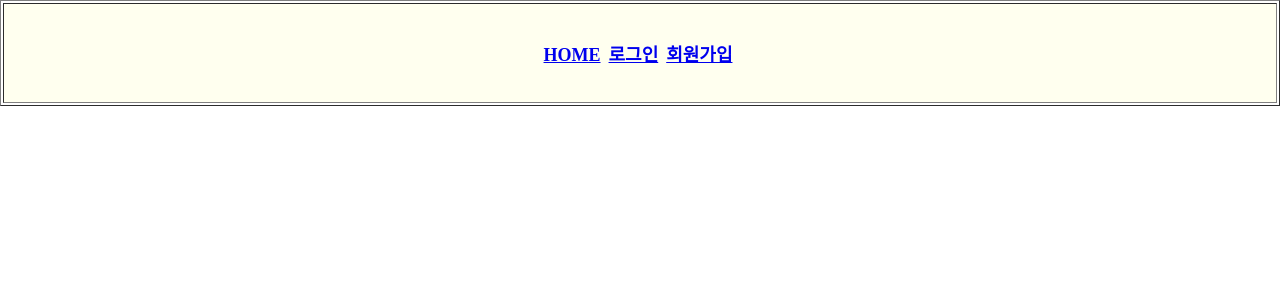
Repository: CHANGMAN-LEE/Java_ee
Page: workspace/test/WebContent/test/index.html
An editor plug-in stored every save of this project. The page is shown before and after the next save, followed by the edit.
The browser window is 1280 px wide. The pictures show the whole page.

Above is the page before, as saved 2020-07-09 05:48:43.

### workspace/test/WebContent/test/index.html
<!DOCTYPE html>
<html>
<head>
<meta charset="EUC-KR">
<title>Insert title here</title>
</head>
<body marginheight="0" marginwidth="0">
<table style="width: 100%; height: 100%" border="1">
	<tr height="100" colspan="2" align="center" style="background-color:#FFFFEBCD">
		<td >
				<a href="../test/index.html"><font size="4"><strong>HOME</strong></font></a>&nbsp;
				<a href="../test/loginForm.jsp"><font size="4"><strong>로그인</strong></font></a>&nbsp;
				<a href="../test/writeForm.jsp"><font size="4"><strong>회원가입</strong></font></a>&nbsp;
		</td>
	</tr>
</table>
</body>
</html>

After the next save:
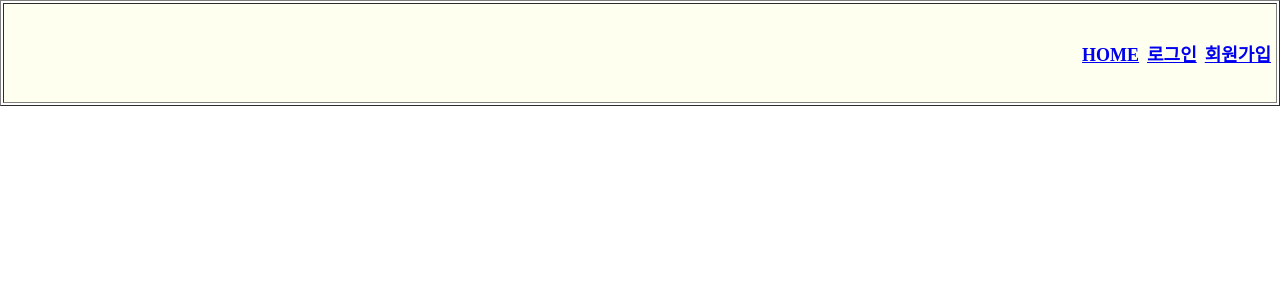
Saved 15 s later.
--- a/workspace/test/WebContent/test/index.html
+++ b/workspace/test/WebContent/test/index.html
@@ -7,7 +7,7 @@
 <body marginheight="0" marginwidth="0">
 <table style="width: 100%; height: 100%" border="1">
 	<tr height="100" colspan="2" align="center" style="background-color:#FFFFEBCD">
-		<td >
+		<td align="right">
 				<a href="../test/index.html"><font size="4"><strong>HOME</strong></font></a>&nbsp;
 				<a href="../test/loginForm.jsp"><font size="4"><strong>로그인</strong></font></a>&nbsp;
 				<a href="../test/writeForm.jsp"><font size="4"><strong>회원가입</strong></font></a>&nbsp;
